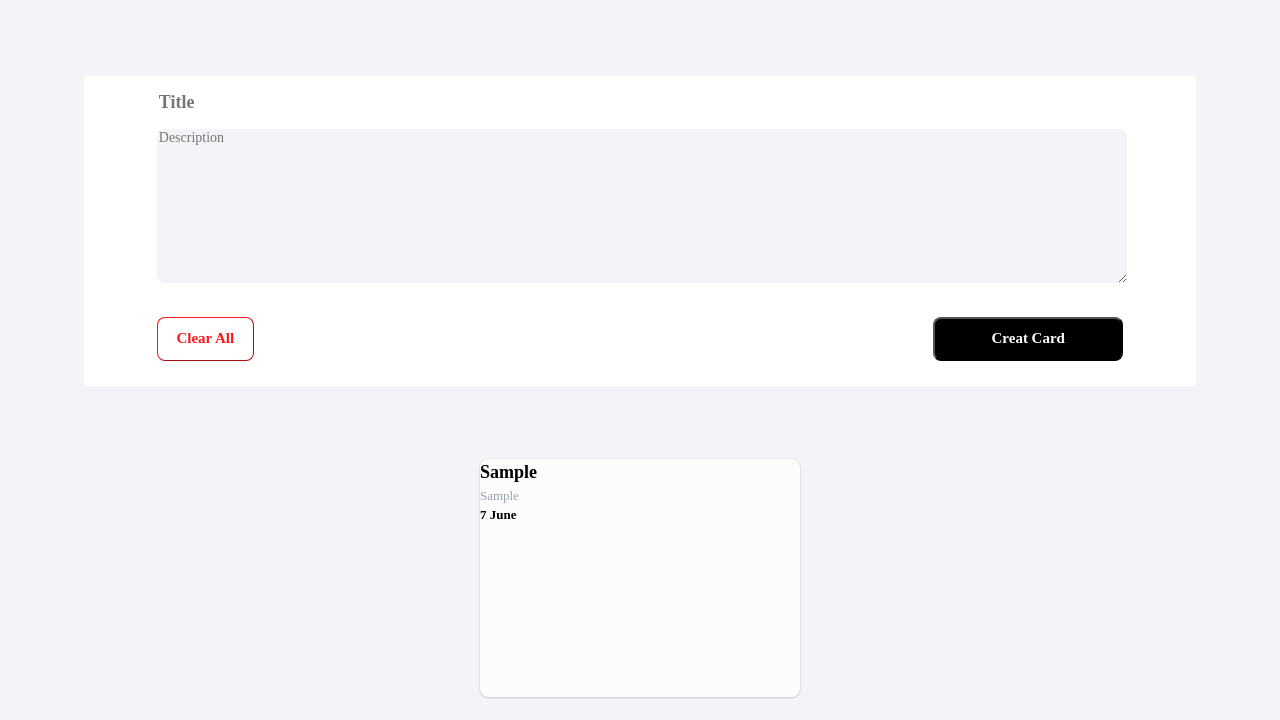
Repository: ReyhanehRahmani/TO-DO
Page: index.html
The author's editor kept a copy of each file at every save. The page is drawn from the files as they stood at one save, then again after the next save.
The browser window is 1280 px wide. The pictures show the whole page.
Empty fields were first filled with sample values (such as "Sample", 5 or name@example.com).
After loading, the first visible `#creatbut` was clicked once.

Above is the page before, as saved 2025-06-08 10:31:41.

### index.html
<!DOCTYPE html>

<html lang="en">

    <head>

        <meta name="viewport" content="width=device-width, initial-scale=1.0" />

        <title>TO-DO</title>

        <link rel="icon" type="image/jpg" href="favicon.png">

        <link rel="stylesheet" href="style.css">

    </head>
    <body>
        <div id="main-card">
            <div id="content">
                <div >
                <div id="title">
                    <input type="text" id="titlebox" minlength="3" maxlength="30" placeholder="Title">
                </div>
                <div id="description">
                    <textarea type="text" id="descriptionbox" maxlength="200" placeholder="Description"></textarea>
                </div>
                </div>

                <div id="buttons">
                    <div id="clear"><button id="clearbut">Clear All</button></div>
                    <div id="creat"><button id="creatbut">Creat Card</button></div>
                </div>
            </div>
        </div>
        <div id="cards-container"></div>
        <script src="script.js"></script>
    </body>

### style.css
body{
    background-color: #F2F4F7;
}



#main-card{
    margin-left: 6%;
    margin-right: 6%;
    margin-top: 6%;
    background-color: #FFFFFF;
}

#content{
    margin-right: 6.557377049%;
    margin-left: 6.557377049%;
    margin-top: 6.557377049%;
    margin-bottom: 6.557377049%;
}

#titlebox{
    font-family: Poppins;
    font-weight: 700;
    font-size: 18px;
    line-height: 150%;
    letter-spacing: -2%;
    border: none;
    width: 100%;
    height: 51px;
}

#descriptionbox{
    border: none;
    width: 100%;
    font-family: 'Poppins';
    font-weight: 500;
    font-size: 14px;
    line-height: 100%;
    letter-spacing: -3%;
    height: 150px;
    border-radius: 8px;
    background: #F2F4F7;

}

#content{
    display: flex;
    flex-direction: column;
    justify-content: space-between;
    gap: 30px;
}

#buttons{
    display: flex;
    justify-content: space-between;
    gap: 12px;
    margin-bottom: 25px;
}

#clear{
    text-align: center;
    justify-content: center;
}

#clearbut{
    height: 44px;
    border-radius: 8px;
    border-width: 1.4px;
    border-color: #FF1616;
    background-color: #FFFFFF;
    font-family: 'Poppins';
    font-weight: 700;
    font-size: 15px;
    line-height: 100%;
    letter-spacing: -3%;
    color: #FF1616;
    white-space: nowrap;
    width: 97px;

}

#creat{
    text-align: center;
    justify-content: center;
}

#creatbut{
    height: 44px;
    border-radius: 8px;
    background: #000000;
    font-family: 'Poppins';
    font-weight: 600;
    font-size: 15px;
    line-height: 100%;
    letter-spacing: -3%;
    color: #FFFFFF;
    width: 190px;

}

.card {
    width: 320px;
    height: 238px;
    border-radius: 8px;
    background: #FCFCFD;
    box-shadow: 0px 0.5px 2px 0px #1018284D;
    justify-self: center;


}

.cards-container{
        justify-self: center;

}

.cardTitle{
    font-family: Poppins;
    font-weight: 700;
    font-size: 18px;
    line-height: 150%;
    letter-spacing: -2%;

}

.cardDate{
    font-family: Poppins;
    font-weight: 600;
    font-size: 13px;
    line-height: 150%;
    letter-spacing: -2%;

}

.cardDesc{
    font-family: Poppins;
    font-weight: 500;
    font-size: 13px;
    line-height: 150%;
    letter-spacing: -2%;
    color: #98A2B3;

}

### script.js
document.getElementById("creatbut").onclick = function () {

    const title = document.getElementById("titlebox").value.trim();
    const desc = document.getElementById("descriptionbox").value.trim();


    const card = document.createElement("div");
    card.classList.add("card");

    const titleElem = document.createElement("div");
    titleElem.classList.add("cardTitle");
    titleElem.textContent = title;

    const descElem = document.createElement("div");
    descElem.classList.add("cardDesc");
    descElem.textContent = desc;

    const dateElem = document.createElement("div");
    dateElem.classList.add("cardDate");

    const now = new Date();
    const day = now.getDate();
    const monthNames = ["January", "February", "March", "April", "May", "June","July", "August", "September", "October", "November", "December"];

    const month = monthNames[now.getMonth()];

    const formattedDate = day + " " + month;

    dateElem.textContent = formattedDate;

    card.appendChild(titleElem);
    card.appendChild(descElem);
    card.appendChild(dateElem);

    document.getElementById("cards-container").appendChild(card);

    document.getElementById("titlebox").value = "";
    document.getElementById("descriptionbox").value = "";
};

After the next save:
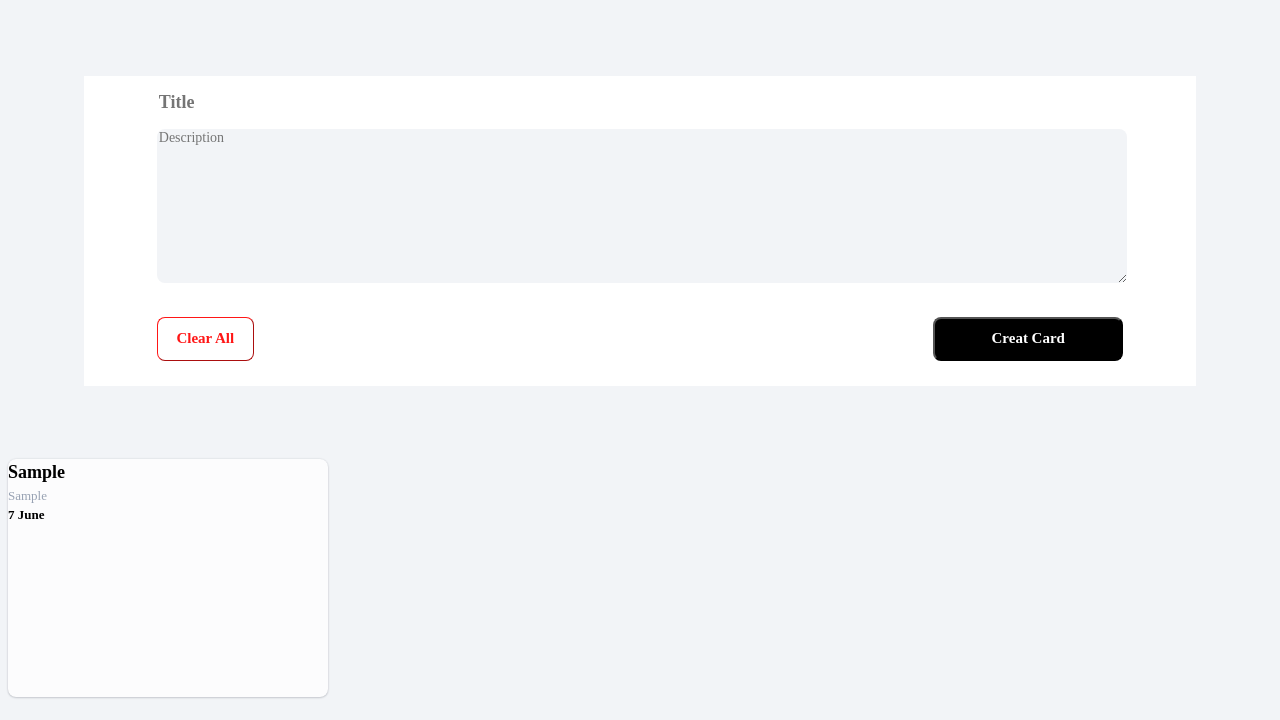
Saved 26 s later.
--- a/style.css
+++ b/style.css
@@ -104,13 +104,7 @@ body{
     border-radius: 8px;
     background: #FCFCFD;
     box-shadow: 0px 0.5px 2px 0px #1018284D;
-    justify-self: center;
 
-
-}
-
-.cards-container{
-        justify-self: center;
 
 }
 
